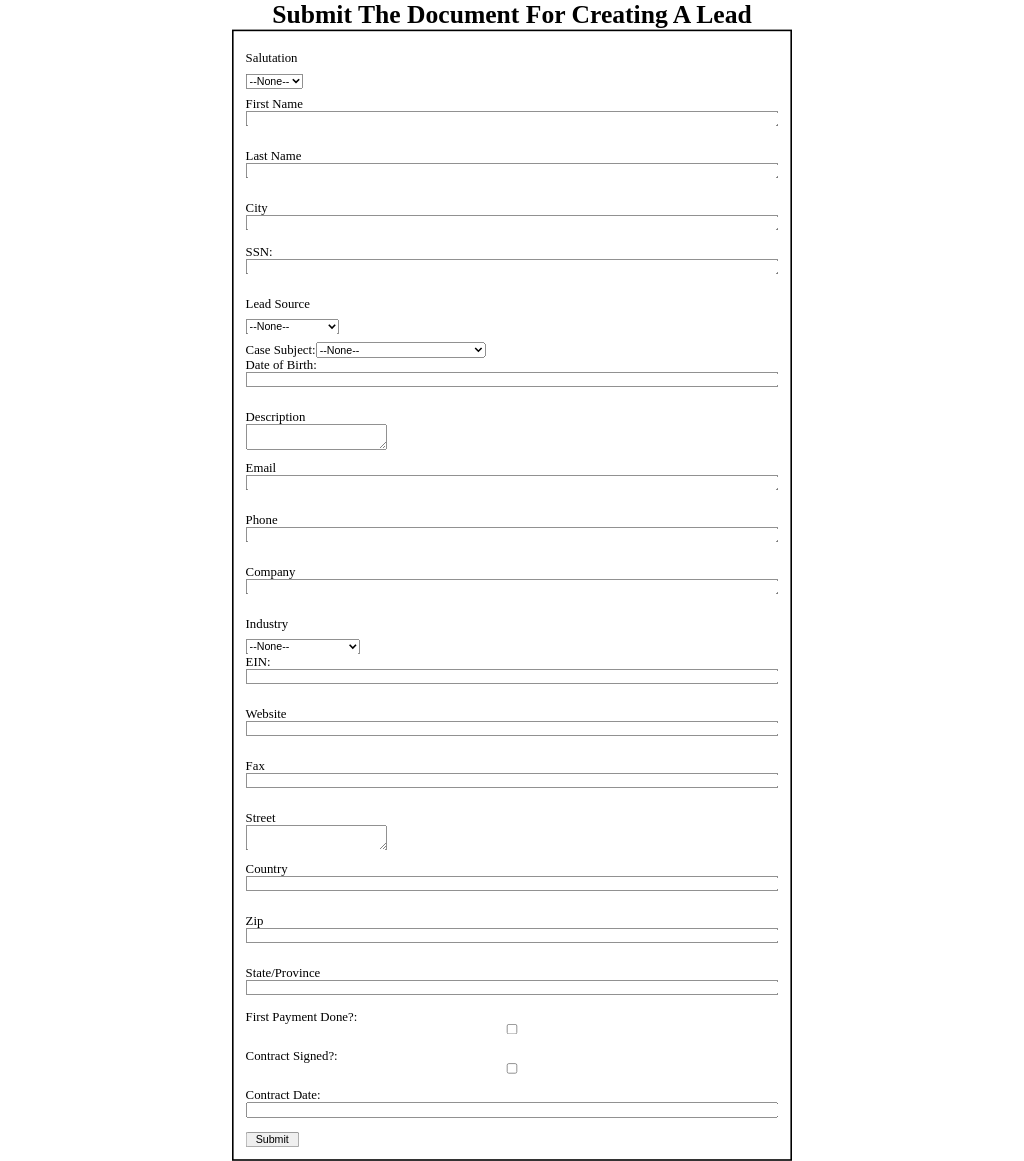
Repository: yaseminvural99/changeForce
Page: index.html
The author's editor kept a copy of each file at every save. The page is drawn from the files as they stood at one save, then again after the next save.
The browser window is 1280 px wide. The pictures show the whole page, at 80% of full size.

Above is the page before, as saved 2024-04-26 21:58:58.

### index.html
<!DOCTYPE html>
<html lang="en">
<head>
    <meta charset="UTF-8">
    <meta name="'viewport" content="width=device-width, initial-scale=1.0">
    <title>Document</title>
    <link rel="stylesheet" href="style.css">
    <script>

    </script>
</head>
<body>
    <h1>Submit The Document For Creating A Lead</h1>

<META HTTP-EQUIV="Content-type" CONTENT="text/html; charset=UTF-8">


    <form action="https://test.salesforce.com/servlet/servlet.WebToLead?encoding=UTF-8&orgId=00DU8000000LYuv" method="POST">

    <input type=hidden name="oid" value="00DU8000000LYuv">
    <input type=hidden name="retURL" value="http://">


    <label for="salutation">Salutation</label><select  id="salutation" name="salutation"><option value="">--None--</option><option value="Mr.">Mr.</option>
    <option value="Ms.">Ms.</option>
    <option value="Mrs.">Mrs.</option>
    <option value="Dr.">Dr.</option>
    <option value="Prof.">Prof.</option>
    <option value="Mx.">Mx.</option>
    </select><br>

    <label for="first_name">First Name</label><input  id="first_name"  name="first_name" size="20" type="text" /><br>

    <label for="last_name">Last Name</label><input  id="last_name"  name="last_name" size="20" type="text" /><br>

    <label for="city">City</label><input  id="city" name="city" size="20" type="text" /><br>

    SSN:<input  id="00NU8000000K5Zp"  name="00NU8000000K5Zp" size="20" type="text" /><br>

    <label for="lead_source">Lead Source</label><select  id="lead_source" name="lead_source"><option value="">--None--</option><option value="Web">Web</option>
    <option value="Phone Inquiry">Phone Inquiry</option>
    <option value="Partner Referral">Partner Referral</option>
    <option value="Purchased List">Purchased List</option>
    <option value="Other">Other</option>
    </select><br>

    Case Subject:<select  id="00NU8000000K5Wb" name="00NU8000000K5Wb" title="Case Subject"><option value="">--None--</option><option value="Affirmative Asylum">Affirmative Asylum</option>
    <option value="AOS Through Asylum">AOS Through Asylum</option>
    <option value="AOS Through Lottery">AOS Through Lottery</option>
    <option value="AOS Through Marriage">AOS Through Marriage</option>
    <option value="Change of Status (B2-F1/J1-F1)">Change of Status (B2-F1/J1-F1)</option>
    <option value="Company Formation">Company Formation</option>
    <option value="Consular Processing (Marriage)">Consular Processing (Marriage)</option>
    <option value="Defensive Asylum (!Non-NTA)">Defensive Asylum (!Non-NTA)</option>
    <option value="Defensive Asylum (Non-NTA)">Defensive Asylum (Non-NTA)</option>
    <option value="Defensive Asylum (NTA)">Defensive Asylum (NTA)</option>
    <option value="E-2 (Change of status)">E-2 (Change of status)</option>
    <option value="E-2 visa">E-2 visa</option>
    <option value="General Immigration">General Immigration</option>
    <option value="I-130 (Marriage)">I-130 (Marriage)</option>
    <option value="I-601A Waiver">I-601A Waiver</option>
    <option value="I-730 (Asylee Relative Petition)">I-730 (Asylee Relative Petition)</option>
    <option value="I-751 (Removing Conditions)">I-751 (Removing Conditions)</option>
    <option value="I-765">I-765</option>
    <option value="J-1 2 Year Rule Waiver">J-1 2 Year Rule Waiver</option>
    <option value="K-1 visa">K-1 visa</option>
    <option value="Mandamus">Mandamus</option>
    <option value="Naturalization">Naturalization</option>
    <option value="Personal Injury">Personal Injury</option>
    <option value="Uncontested Divorce">Uncontested Divorce</option>
    <option value="U visa">U visa</option>
    <option value="VAWA">VAWA</option>
    </select><br>

    Date of Birth:<span class="dateInput dateOnlyInput"><input  id="00NU8000000K5bR" name="00NU8000000K5bR" size="12" type="text" /></span><br>

    <label for="description">Description</label><textarea name="description"></textarea><br>

    <label for="email">Email</label><input  id="email"  name="email" size="20" type="text" /><br>

    <label for="phone">Phone</label><input  id="phone" name="phone" size="20" type="text" /><br>

    <label for="company">Company</label><input  id="company" name="company" size="20" type="text" /><br>

    <label for="industry">Industry</label><select  id="industry" name="industry"><option value="">--None--</option><option value="Agriculture">Agriculture</option>
    <option value="Apparel">Apparel</option>
    <option value="Banking">Banking</option>
    <option value="Biotechnology">Biotechnology</option>
    <option value="Chemicals">Chemicals</option>
    <option value="Communications">Communications</option>
    <option value="Construction">Construction</option>
    <option value="Consulting">Consulting</option>
    <option value="Education">Education</option>
    <option value="Electronics">Electronics</option>
    <option value="Energy">Energy</option>
    <option value="Engineering">Engineering</option>
    <option value="Entertainment">Entertainment</option>
    <option value="Environmental">Environmental</option>
    <option value="Finance">Finance</option>
    <option value="Food &amp; Beverage">Food &amp; Beverage</option>
    <option value="Government">Government</option>
    <option value="Healthcare">Healthcare</option>
    <option value="Hospitality">Hospitality</option>
    <option value="Insurance">Insurance</option>
    <option value="Machinery">Machinery</option>
    <option value="Manufacturing">Manufacturing</option>
    <option value="Media">Media</option>
    <option value="Not For Profit">Not For Profit</option>
    <option value="Recreation">Recreation</option>
    <option value="Retail">Retail</option>
    <option value="Shipping">Shipping</option>
    <option value="Technology">Technology</option>
    <option value="Telecommunications">Telecommunications</option>
    <option value="Transportation">Transportation</option>
    <option value="Utilities">Utilities</option>
    <option value="Other">Other</option>
    </select><br>

    EIN:<input  id="00NU8000000K5YD"  name="00NU8000000K5YD" size="20" type="text" /><br>

    <label for="url">Website</label><input  id="url" name="url" size="20" type="text" /><br>

    <label for="fax">Fax</label><input  id="fax" name="fax" size="20" type="text" /><br>

    <label for="street">Street</label><textarea name="street"></textarea><br>

    <label for="country">Country</label><input  id="country"  name="country" size="20" type="text" /><br>

    <label for="zip">Zip</label><input  id="zip"name="zip" size="20" type="text" /><br>

    <label for="state">State/Province</label><input  id="state"  name="state" size="20" type="text" /><br>

    First Payment Done?:<input  id="00NU8000000K5d3" name="00NU8000000K5d3" type="checkbox" value="1" /><br>

    Contract Signed?:<input  id="00NU8000000K5gH" name="00NU8000000K5gH" type="checkbox" value="1" /><br>

    Contract Date:<span class="dateInput dateOnlyInput"><input  id="00NU8000000K5ef" name="00NU8000000K5ef" size="12" type="text" /></span><br>

    <input type="submit" name="submit">

    </form>
</body>
</html>

### style.css
*{
    margin: 0;
    padding: 0;
    box-sizing: border-box;
}
h1{
    text-align: center;
}
label, input{
    display: block;

}
label{
    margin-top: 10px;
}
input{
    width: 100%;
}
form{
    min-width: 500px;
    max-width: 700px;
    margin: 0 auto;
    border: 2px solid black;
    padding: 15px;
}
select{
    margin-top: 10px;

}
option{
    margin-top: 10px;


}
input[type="submit"]{
    margin-top: 10px auto;
    width: 10%;


}

After the next save:
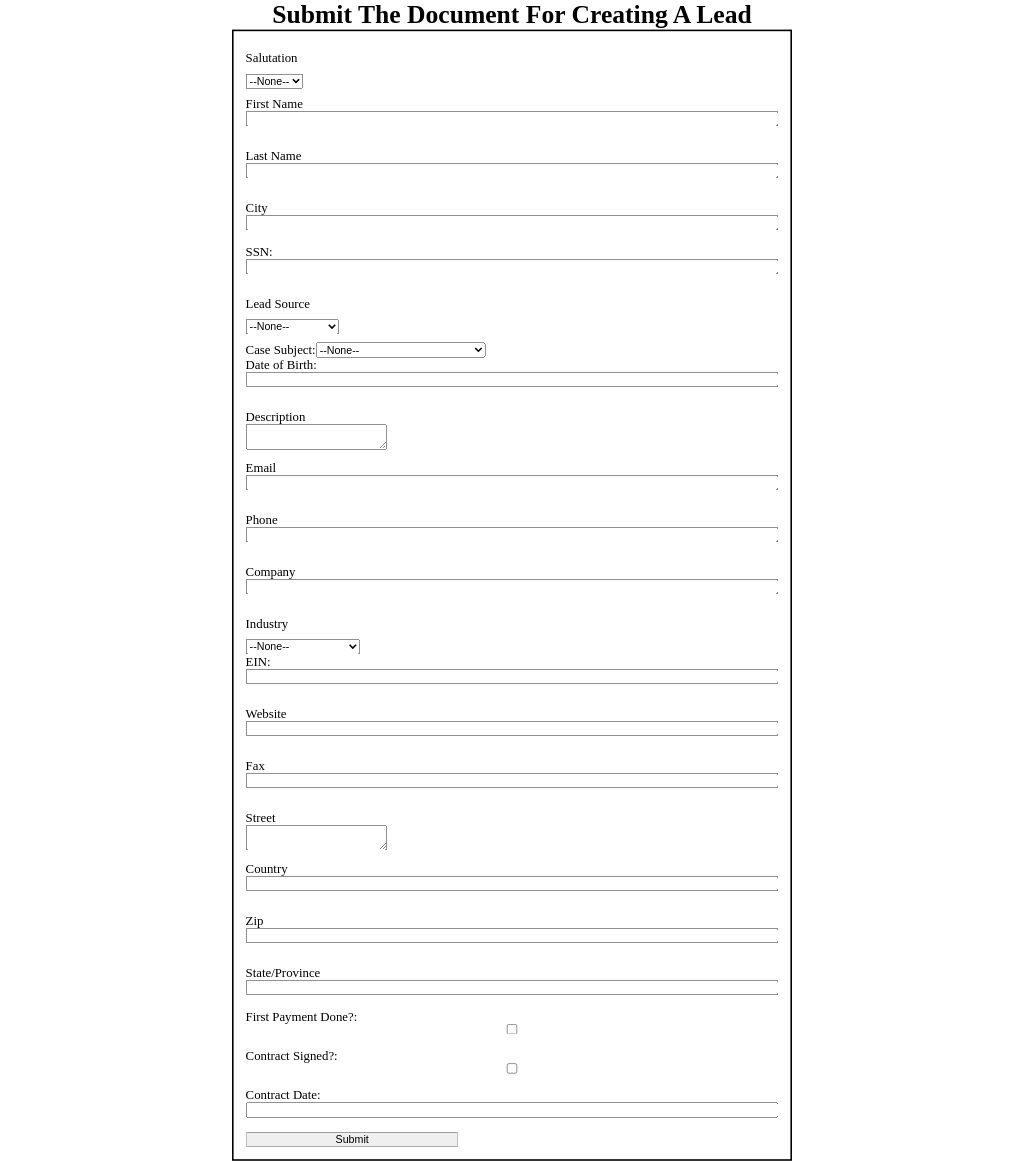
Saved 7 s later.
--- a/style.css
+++ b/style.css
@@ -34,7 +34,7 @@ option{
 }
 input[type="submit"]{
     margin-top: 10px auto;
-    width: 10%;
+    width: 40%;
 
 
 }
